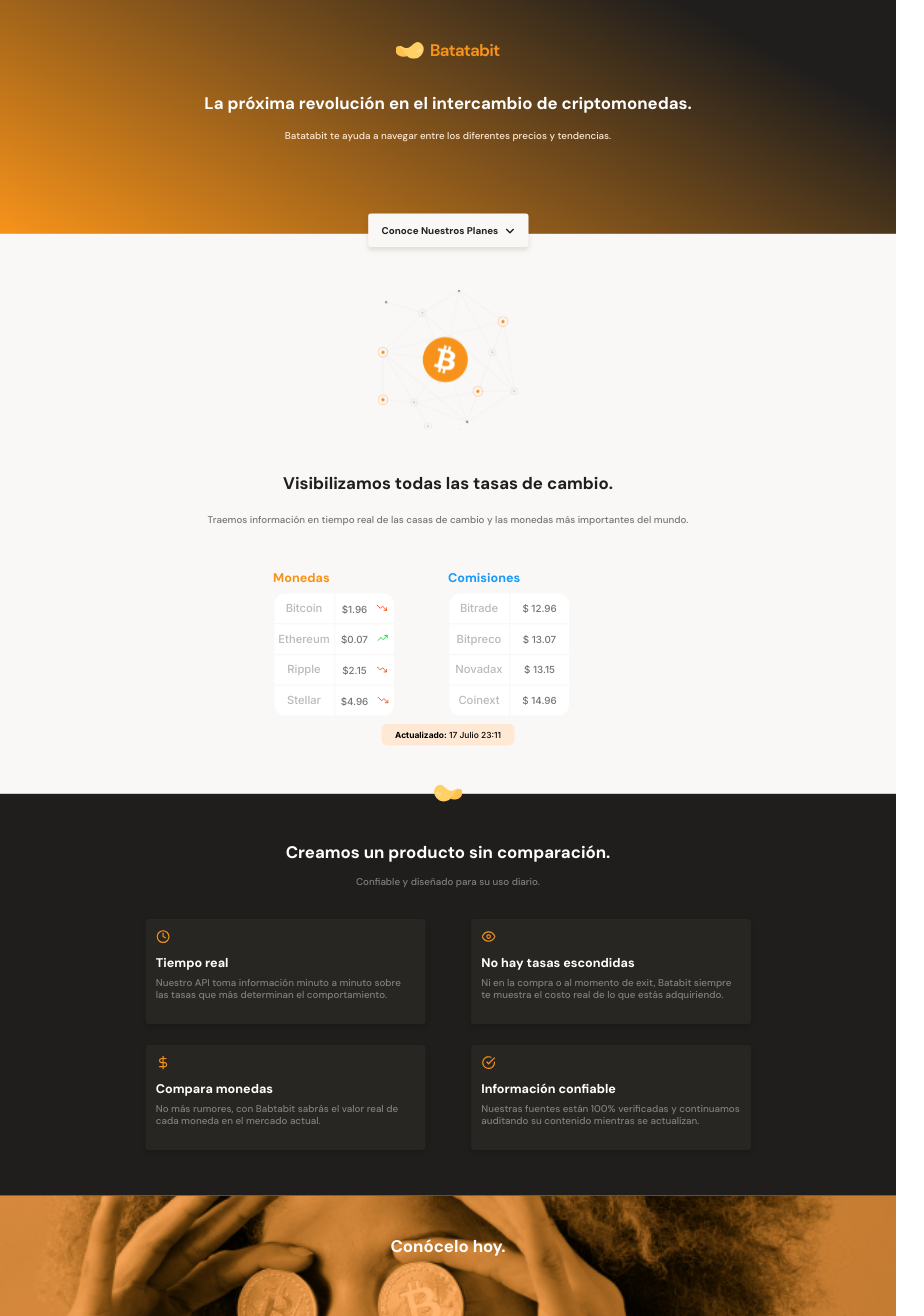
Repository: Pandrea-hub/Batatabit
Page: index.html
The author's editor kept a copy of each file at every save. The page is drawn from the files as they stood at one save, then again after a run of saves.
The browser window is 1280 px wide. The page is 1280 px wide, then 1320 px, so the pictures cover 1320 px, including what lies to the right of the window. The pictures show the part of the page from y = 0 to 1880 px (the page is 2778 px tall), at 70% of full size.

Above is the page before, as saved 2022-04-20 21:44:42.

### index.html
<!DOCTYPE html>
<html lang="en">
<head>
    <meta charset="UTF-8">
    <meta http-equiv="X-UA-Compatible" content="IE=edge">
    <meta name="viewport" content="width=device-width, initial-scale=1.0">
    <title>Document</title>
    <link rel="preconnect" href="https://fonts.googleapis.com">
    <link rel="preconnect" href="https://fonts.gstatic.com" crossorigin>
    <link href="https://fonts.googleapis.com/css2?family=DM+Sans:wght@400;500;700&family=Inter:wght@300;500;700&display=swap" rel="stylesheet">
    <link rel="stylesheet" href="./style.css">
    <link rel="stylesheet" href="./css/tablet.css" media="(min-width: 930px)">
</head>
<body>


    <header>

        <img src="./assets/img/logo.svg" alt="Logo del header donde estara una patata y el nombre que es Batatabit"/>
        <div class="header--title-container">
            <h1>La próxima revolución en el intercambio de criptomonedas.</h1>
            <p>Batatabit te ayuda a navegar entre los diferentes precios y tendencias.</p>
            <a href="#plans" class="header--button">Conoce Nuestros Planes<span></span></a>
        </div>
    </header>


    <main>
        <section class="main-exchange--container">
            <div class="backgroungImg"></div>
            <div class="main-exchange--container--title">
                <h2>Visibilizamos todas las tasas de cambio.</h2>
                <p>Traemos información en tiempo real de las casas de cambio y las monedas más importantes del mundo.</p>
            </div>

            <section class="main-tables-container">
                <div class="main-currency-table">
                    <div class="currency-table">

                        <div class="container-arrow--left" id="arrow-left"></div>

                        <div class="currency-table--container" id="table-1">
                            <p class="currency-table--title" id="title-1">Monedas</p>
                            <table>
                                <tr>
                                    <tr>
                                        <td class="table__top--left">Bitcoin</td>
                                        <td class="table__top--right table__right">$1.96 <span class="down"></span></td>
                                    </tr>
                                    <tr>
                                        <td>Ethereum</td>
                                        <td class="table__right">$0.07 <span class="up"></span></td>
                                    </tr>
                                    <tr>
                                        <td>Ripple</td>
                                        <td class="table__right">$2.15 <span class="down"></span></td>
                                    </tr>
                                    <tr>
                                        <td class="table__bottom--left">Stellar</td>
                                        <td class="table__bottom-right table__right">$4.96 <span class="down"></span></td>
                                    </tr>
                                </tr>
                            </table>
                        </div>


                        <div class="currency-table--container" id="table-2">
                            <p class="currency-table--title" id="title-2">Comisiones</p>
                            <table>
                                <tr>
                                    <tr>
                                        <td class="table__top--left">Bitrade</td>
                                        <td class="table__top--right table__right">$ 12.96</td>
                                    </tr>
                                    <tr>
                                        <td>Bitpreco</td>
                                        <td class="table__right">$ 13.07</td>
                                    </tr>
                                    <tr>
                                        <td>Novadax</td>
                                        <td class="table__right">$ 13.15</td>
                                    </tr>
                                    <tr>
                                        <td class="table__bottom--left">Coinext</td>
                                        <td class="table__bottom-right table__right">$ 14.96</td>
                                    </tr>
                                </tr>
                            </table>
                        </div>

                        <div class="container-arrow" id="arrow-right"></div>

                    </div>

                    <div class="currency-table--date" id="table-date">
                        <p><b>Actualizado:</b> 17 Julio 23:11 </p></p>
                    </div>

                </div>
            </section>
        </section>

    <script>
        const arrow_right = document.getElementById("arrow-right")
        const arrow_left = document.getElementById("arrow-left")
        const table_1 = document.getElementById("table-1")
        const table_2 = document.getElementById("table-2")
        const date = document.getElementById("table-date");


        arrow_right.onclick = function(){
            arrow_right.style.display="none";
            table_1.style.display = "none"
            table_2.style.display = "grid"
            arrow_left.style.display = "block"
            date.style.backgroundColor="#E7F5FF";
        }
        arrow_left.onclick = function(){
            arrow_left.style.display="none";
            table_1.style.display = "grid"
            table_2.style.display = "none"
            arrow_right.style.display = "block"
            date.style.backgroundColor="#FFE9D4";
        }
    </script>


        <section class="main-product--detail">
            <span class="product-detail--batata-logo"></span>
            <div class="product-detail--title">
                <h2>Creamos un producto sin comparación.</h2>
                <p>Confiable y diseñado para su uso diario.</p>
            </div>
            <section class="product-cards--container">
                <article class="product-detail--card">
                    <span class="icon-card clock"></span>
                    <p class="product-card--title">Tiempo real</p>
                    <p class="product-card--body">Nuestro API toma información minuto a minuto sobre las tasas que más determinan el comportamiento.</p>
                </article>

                <article class="product-detail--card">
                    <span class="icon-card tasas"></span>
                    <p class="product-card--title">No hay tasas escondidas</p>
                    <p class="product-card--body">Ni en la compra o al momento de exit, Batabit siempre te muestra el costo real de lo que estás adquiriendo.</p>
                </article>


                <article class="product-detail--card">
                    <span class="icon-card money"></span>
                    <p class="product-card--title">Compara monedas</p>
                    <p class="product-card--body">No más rumores, con Babtabit sabrás el valor real de cada moneda en el mercado actual.</p>
                </article>


                <article class="product-detail--card">
                    <span class="icon-card info"></span>
                    <p class="product-card--title">Información confiable</p>
                    <p class="product-card--body">Nuestras fuentes están 100% verificadas y continuamos auditando su contenido mientras se actualizan.</p>
                </article>

            </section>

        </section>



        <section class="bitcoin-img--container">
            <h2>Conócelo hoy.</h2>
        </section>


        <section id="plans" class="main-plans-container">
            <div class="plans--title">
                <h2>Escoge el plan que mejor se ajuste a ti.</h2>
                <p>Cualquier plan te da acceso completo a nuestra plataforma.</p>
            </div>
            <section class="plans-container--slider">
                <article class="plans-container--card">
                    <p class="recommended">Recomendado</p>
                    <div class="plan-info--container">
                        <h3 class="plan-card--title">Pago Anual</h3>
                        <p class="plan-card--price"><sup>$</sup> 99</p>
                        <p class="plan-card--saving">*Ahorras $129 comparado al plan mensual.</p>
                        <button class="plan-card--ca">Escoger este <span></span></button>
                    </div>
                </article>

                <article class="plans-container--card">
                    <p class="premium">Premium</p>
                    <div class="plan-info--container">
                        <h3 class="plan-card--title">Pago Anual</h3>
                        <p class="plan-card--price"><sup>$</sup> 180</p>
                        <p class="plan-card--saving">*Tendras acceso a categorias como el estado de cuenta y notificaciones cuando se suba el precio.</p>
                        <button class="plan-card--ca">Escoger este <span></span></button>
                    </div>
                </article>


                <article class="plans-container--card card-classic">
                    <p class="classic">Clasico</p>
                    <div class="plan-info--container">
                        <h3 class="plan-card--title info-classic">Pago Trimestal</h3>
                        <p class="plan-card--price info-classic"><sup>$</sup> 25</p>
                        <p class="plan-card--saving info-classic">*Podras acceder solo a 3 meses a una cuenta clasica.</p>
                        <button class="plan-card--ca info-classic-button">Escoger este <span></span></button>
                    </div>
                </article>

            </section>
        </section>




    </main>

    <footer>
        <section class="left">
            <ul>
                <li><a href="#">Linkedin</a></li>
                <li><a href="#">Github</a></li>
                <li><a href="#">Twitter</a></li>
            </ul>
        </section>
        <section class="right">
            <img src="./assets/img/logo-footer.svg" alt="Logo de Batatabit 2020">
        </section>
    </footer>

</body>
</html>

### style.css
/*
1. Position
2. Box model
3. typography
4. Visual themes
5. Others
*/

:root{
    --bitcoin-orange:#F7931A;
    --soft-orange:#FFE9D4;
    --secondary-blue:#1A9AF7;
    --soft-blue:#E7F5FF;
    --warm-black:#201E1C;
    --black: #201e1c;
    --grey: #bababa;
    --off-white: #faf8f7;
    --just-white: #fff;
}

*{
    padding: 0;
    margin: 0;
    box-sizing: border-box;
}


html{
    font-size: 62.5%;
    font-family: "DM Sans", sans-serif;
}

header{
    position: relative;
    display: flex;
    flex-direction:column;
    justify-content: center;
    width: 100%;
    height: 334px;
    min-width: 320px;
    text-align: center;
    background: linear-gradient(207.8deg, #201E1C 16.69%, #F7931A 100%);

}

header img{
    width: 150px;
    height: 24px;
    margin-top: 60px;
    align-self: center;
}

.header--title-container{
    width: 90%;
    min-width: 288px;
    max-width: 900px;
    height: 218px;
    margin-top: 50px;
    text-align: center;
    align-self:center;
}

.header--title-container h1{
    font-size: 2.4rem;
    font-weight: bold;
    line-height: 2.6rem;
    color: var(--just-white);
}

.header--title-container p{
    font-size: 1.4rem;
    font-weight: 500;
    line-height: 1.8rem;
    color:var(--soft-orange);
    margin-top: 2.4rem;
}


.header--title-container .header--button{
    left: calc(50% - 229px/2);
    position: absolute;
    top: 270px;
    display: block;
    margin-top: 35px;
    padding: 15px;
    width: 229px;
    height: 48px;
    background-color: var(--off-white);
    /* Box shadow */
    box-shadow: 0px 4px 8px rgba(89, 73, 30, 0.16);
    border-radius: 4px;
    font-weight: bold;
    font-size: 14px;
    line-height: 18px;
    color:var(--warm-black);
    text-decoration: none;
}

.header--button span{
    display: inline-block;
    width: 13px;
    height: 8px;
    margin-left: 10px;
    background-image: url('./assets/icons/down-arrow.svg');
}

main{
    width: 100%;
    height: auto;
    background-color:var(--off-white);
    min-width: 320px;
}


.main-exchange--container{
    width: 100%;
    height: auto;
    padding-top: 80px;
    padding-bottom: 30px;
    text-align: center;
}

.main-exchange--container--title{
    width: 100%;
    min-width: 288px;
    max-width: 900px;
    margin: 10px auto;
    padding: 1%;
}

.main-exchange--container .backgroungImg{
    width: 200px;
    height: 200px;
    margin: 0 auto;
    margin-bottom: 50px;
    background-image: url(./assets/img/bitcoin.svg);
    background-size: cover;
    background-position: center;
    background-repeat: no-repeat;
}


.main-exchange--container--title h2{
    margin-bottom: 30px;
    font-size: 2.4rem;
    font-weight: bold;
    line-height: 2.6rem;
    align-self:center;
    color:var(--warm-black);
}




.main-exchange--container--title p{
    margin-bottom: 30px;
    font-size: 1.4rem;
    line-height: 1.8rem;
    font-weight: 500;
    color:#757575;
    text-align: center;

}





/*Tables*/


.main-tables-container{
    margin: 20px auto;
    width: 100%;
}



.main-currency-table{
    display: flex;
    flex-direction: column;
    width: 70%;
    min-width: 235px;
    max-width: 500px;
    height: 240px;
    margin: 0 auto;
    font-family: "Inter", sans-serif;
}

.main-currency-table .currency-table--title{
    width: 81px;
    height: 10px;
    margin: 0 auto;
    position: absolute;
    font-size: 1.8rem;
    font-weight: bold;
    line-height: 2.3rem;
    font-family: "DM Sans";
    color:var(--bitcoin-orange);
}

.currency-table{
    width: 100%;
}


.currency-table--container{
    margin: 0 auto;
    width: 100%;
    height: 90px;
    min-width: 230px;
    max-width: 300px;

}

.currency-table--container table{
    width: 70%;
    height: 180px;
    max-width: 320px;
    margin: 30px auto;
    position: absolute;
}


.currency-table--container td{
    width: 50%;
    font-size: 1.6rem;
    font-weight: 500;
    line-height: 1.9rem;
    color:var(--grey);
    background-color:var(--just-white);
    margin: 0px 10px;

}

.table__top--left{
    border-radius: 15px 0 0 0;
}

.table__top--right{
    border-radius:0 15px 0 0;
}


.table__bottom-right{
    border-radius:0 0 15px 0;
}

.table__bottom--left{
    border-radius:0 0 0 15px;
}

.currency-table--container .table__right{
    font-size: 1.4rem;
    font-weight: normal;
    line-height: 1.7rem;
    color:#757575;
}


.currency-table--container .down{
    display: inline-block;
    width: 15px;
    height: 15px;
    margin-left: 10px;
    background-image:url("./assets/icons/trending-down.svg");
    background-size:cover;
    background-repeat:no-repeat;
}

.currency-table--container .up{
    display: inline-block;
    width: 15px;
    height: 15px;
    margin-left: 10px;
    background-image:url("./assets/icons/trending-up.svg");
    background-size:cover;
    background-repeat:no-repeat;
}


.currenty-table{
    display: grid;
    grid-template-columns: 1fr 1fr 1fr;

}


.container-arrow{
    height: 10px;
    width: 12px;
    background-image: url("../assets/icons/right-arrow.svg");
    background-repeat: no-repeat;
    background-size: contain;
    background-position: center;
    position: absolute;
    margin-top: 25px;
    right: calc(10%);
    cursor: pointer;
}


.container-arrow--left{
    display: none;
    height: 10px;
    width: 12px;
    background-image: url("../assets/icons/left-arrow.svg");
    background-repeat: no-repeat;
    background-size: contain;
    background-position: center;
    position: absolute;
    margin-top:120px;
    left: calc(8%);
    cursor: pointer;
}


#title-2{
    color:var(--secondary-blue);
}



.currency-table--date{
    position: relative;
    margin: 0 auto;
    font-size: 12px;
    width: 190px;
    height: 31px;
    margin-top: 140px;

    padding: 8px;
    background-color:var(--soft-orange);
    border-radius:8px;
}

#table-2{
    display: none;
}

.main-product--detail{
    position: relative;
    width: 100%;
    min-width: 320px;
    height: auto;
    padding: 20px 10px;
    background-color:var(--warm-black);
    margin-top: 30px;
}


.product-detail--batata-logo{
    left: calc(50% - 20px);
    top: -12.5px;
    position: absolute;
    width: 40px;
    height: 25px;
    background-image:url("./assets/icons/batata.svg");
}


.product-detail--title{
    width: 90%;
    min-width: 288px;
    height: auto;
    margin: 0 auto;
    margin-top: 50px;
    text-align: center;
}


.product-detail--title h2{
    margin-bottom: 20px;
    font-size: 2.4rem;
    font-weight: bold;
    line-height: 2.6rem;
    color:var(--just-white);

}

.product-detail--title p{
    color:#808080;
    font-size: 1.4rem;
    font-weight: 500;
    line-height: 1.8rem;
}


.product-detail--card{
    width: 90%;
    min-width: 288px;
    max-width: 400px;
    height: 150px;
    margin: 15px auto;
    padding: 15px;
    background-color:#282623;
    border-radius:5px;
    box-shadow:0px 4px 8px rgba(0, 0, 0, 0.16);

}


.product-detail--card .icon-card{
    display: inline-block;
    width: 20px;
    height: 20px;
    background-position: center;
    background-size: cover;
    background-repeat: no-repeat;
    margin-bottom: 15px;

}

.clock{
    background-image:url("./assets/icons/clock.svg");
}

.tasas{
    background-image:url("./assets/icons/eye.svg");
}

.money{
    background-image:url("./assets/icons/dollar-sign.svg");
}

.info{
    background-image:url("./assets/icons/check-circle.svg");
}

.product-card--title{
    font-weight: 700;
    font-weight: bold;
    font-size: 1.8rem;
    line-height: 1.8rem;
    color:var(--just-white);
}


.product-card--body{
    font-weight: 500;
    font-size: 1.4rem;
    line-height: 1.8rem;
    color: #808080;
    margin-top: 10px;
}


/*Seccion de planes*/

.bitcoin-img--container{
    width: 100%;
    min-width: 320px;
    height: 50vh;
    background-image:url('./assets/img/bitcoinbaby2x.jpg');
    background-position:center;
    background-size:cover;
    background-repeat:no-repeat;
    text-align: center;
}

.bitcoin-img--container h2{
    padding-top: 60px;
    font-size: 2.4rem;
    font-weight: bold;
    line-height: 2.6rem;
    color:var(--just-white);
}


.main-plans-container{
    width: 100%;
    min-width: 320px;
    padding-bottom: 70px;
    text-align: center;
}

.plans--title{
    width: 90%;
    min-width: 288px;
    height: auto;
    margin: 0 auto;
    margin-bottom: 50px;
}


.plans--title h2{
    padding-top: 50px;
    font-size: 2.4rem;
    font-weight: bold;
    line-height: 2.6rem;
    color:var(--warm-black);
}


.plans--title p{
    padding-top: 30px;
    font-size: 1.4rem;
    font-weight: 500;
    line-height: 1.8rem;
    color:rgba(117, 117, 117, 1);
}

.plans-container--slider{
    display: flex;
    height: 316px;
    overflow-x: scroll;
    overscroll-behavior-x: contain;
    scroll-snap-type: proximity;
}

.plans-container--slider::-webkit-scrollbar {
    background-color: var(--soft-orange);
    height: 3px;
}

.plans-container--slider::-webkit-scrollbar-thumb {
    background-color: var(--bitcoin-orange);
}

.plans-container--card{
    position: relative;
    scroll-snap-align: center;
    width: 60%;
    min-width: 200px;
    max-width: 300px;
    min-height: 260px;
    margin: 50px 10px 0;
    padding: 0 15px;
    border-radius:15px;
    box-shadow: 0 4px 8px rgba(89, 73, 30, 0.16);
    background:var(--just-white);
}

.recommended{
    position: absolute;
    width: 120px;
    height: 31px;
    left: calc(50% - 60px);
    top: -15px;
    padding: 6px;
    font-size: 1.2rem;
    background-color:var(--bitcoin-orange);
    border-radius:8px;
    color:var(--just-white);
}

.premium{
    position: absolute;
    width: 120px;
    height: 31px;
    left: calc(50% - 60px);
    top: -15px;
    padding: 6px;
    font-size: 1.2rem;
    background-color:var(--secondary-blue);
    border-radius:8px;
    color:var(--just-white);
}

.classic{
    position: absolute;
    width: 120px;
    height: 31px;
    left: calc(50% - 60px);
    top: -15px;
    padding: 6px;
    font-size: 1.2rem;
    background-color:var(--bitcoin-orange);
    border-radius:8px;
    color:var(--just-white);
}

.card-classic{
    background-color:var(--warm-black);
}



.plan-card--title{
    padding-top: 30px;
    font-size: 1.4rem;
    font-weight: 500;
    line-height: 1.8rem;
    color:black;
}

.plan-card--price{
    padding: 5px 0;
    font-size: 5.2rem;
    font-weight: bold;
    line-height: 6.3rem;
    letter-spacing: -0.08em;
    color:black;
}

.plan-card--price sup{

    font-size: 1.2rem;

}

.plan-card--saving{
    font-size: 1.2rem;
    color:#757575;
}

.plan-card--ca{
    width: 150px;
    height: 48px;
    margin-top: 16px;
    border: 2px solid var(--bitcoin-orange);
    background:var(--off-white);
    border-radius: 4px;
    font-size: 1.4rem;
    font-weight: bold;
    line-height: 1.8rem;
    color:var(--warm-black);
    text-align: center;
    font-family: "DM Sans", sans-serif;
}

.plan-card--ca span{
    display: inline-block;
    width: 20px;
    height: 20px;
    background-image:url('./assets/icons/orange-right-arrow.svg');
    vertical-align: text-bottom;
}

.info-classic{
    color:var(--just-white);
}


.info-classic-button{
    background:var(--grey);
}

footer{
    display: flex;
    width: 100%;
    height: 150px;
    background:var(--bitcoin-orange);
}

footer section{
    width: 50%;
    display: flex;
    justify-content: center;
    align-items: center;
}

footer .left ul{
    font-size: 1.4rem;
    font-weight: 500;
    line-height: 1.8rem;
    list-style: none;
}

.left li{
    margin: 10px 0;
}

.left a{
    text-decoration: none;
    color: var(--just-white);
}

### css/tablet.css
.currency-table{
    display: flex;
    flex-direction: row;
    justify-content: center;
}

.currency-table--date{
    position: relative;
    margin-top: 130px;
}

#table1,
#table2{
    display: flex;


}

.container-arrow,
.container-arrow--left{
    display: none;
}


#table-1,
#table-2{
    display: flex;
    position: relative;
}

.product-cards--container{
    display: flex;
    flex-wrap: wrap;
    width: 930px;
    margin: 30px auto;
}


.plans-container--slider{
    justify-content: center;
}

.plans-container--slider::-webkit-scrollbar {
    display: none;
}

After the next 2 saves:
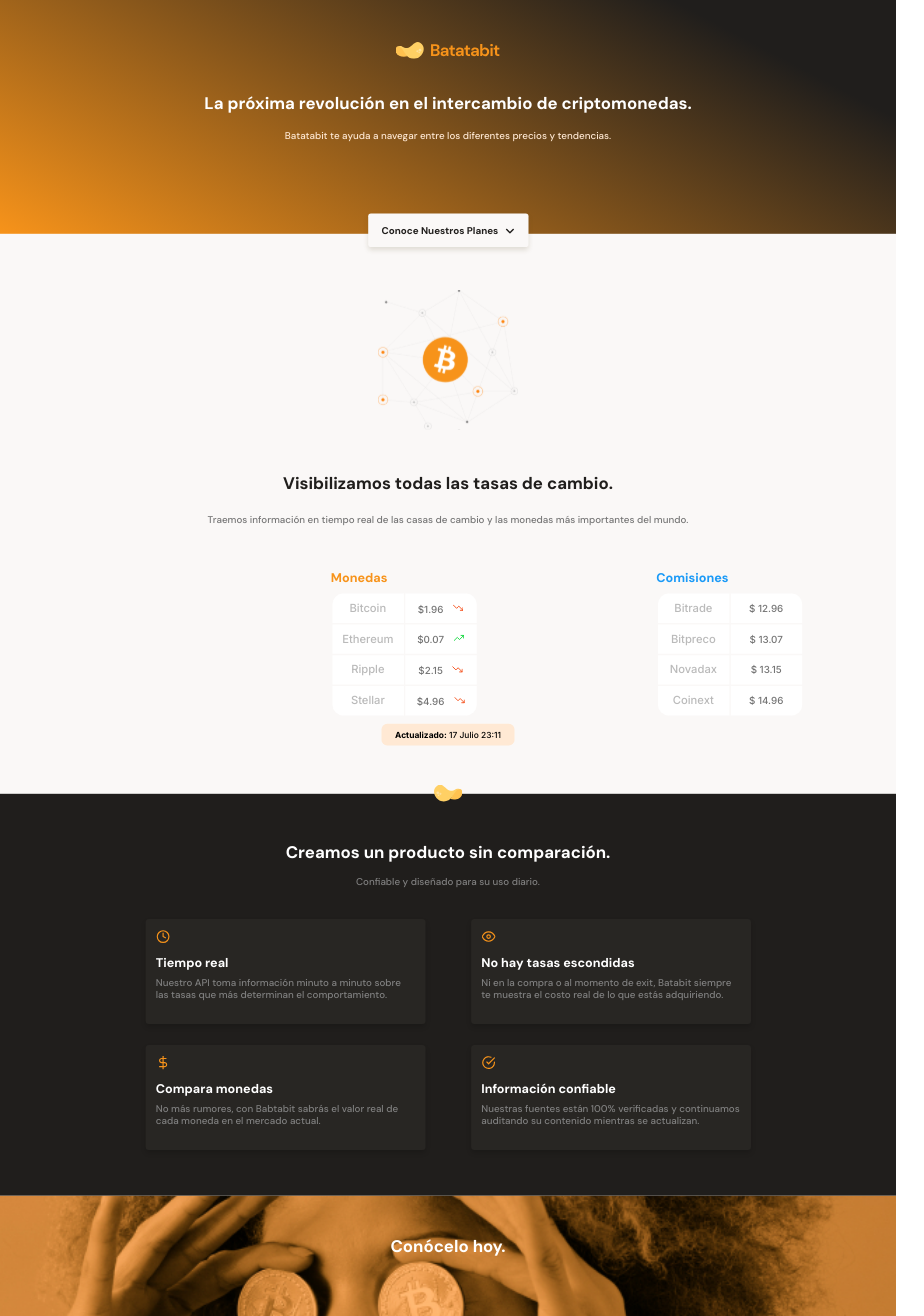
The 2 saves are shown as one change because they came seconds apart.
The last was saved 107 s later.
--- a/css/tablet.css
+++ b/css/tablet.css
@@ -1,6 +1,6 @@
 .currency-table{
     display: flex;
-    flex-direction: row;
+    width: 930px;
     justify-content: center;
 }
 
